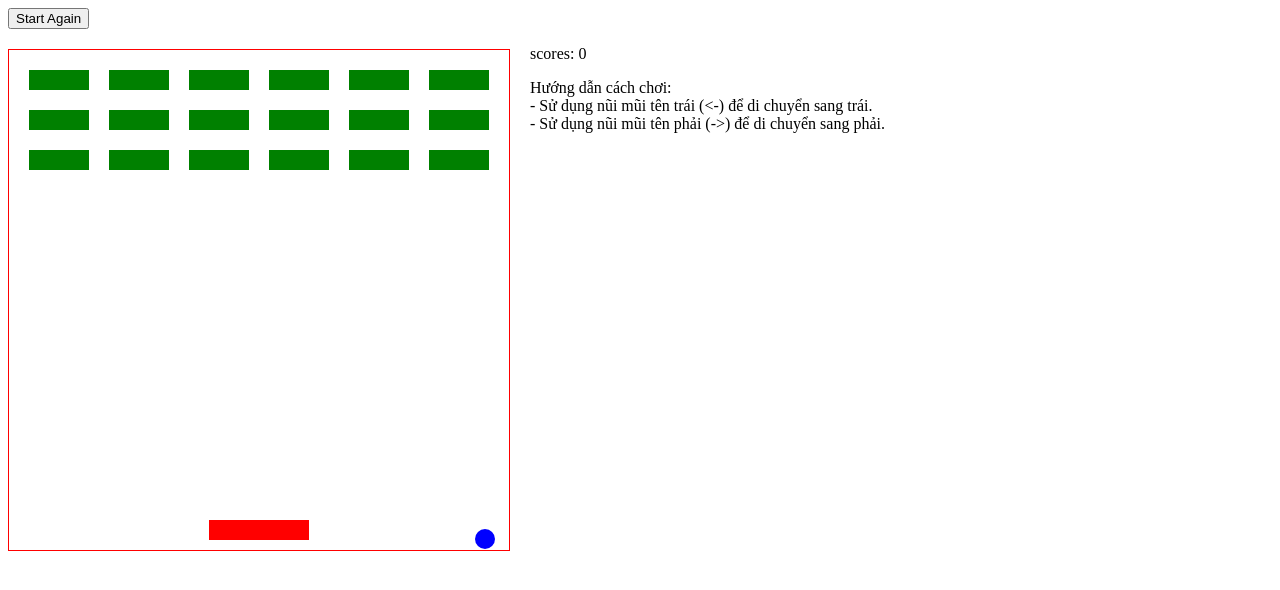
Repository: huynhsang96/CaseJS
Page: Demo_case/index.html
An editor plug-in stored every save of this project. The page is shown before and after the next save, followed by the edit.
The browser window is 1280 px wide. The pictures show the whole page.

Above is the page before, as saved 2022-02-20 14:39:29.

### Demo_case/index.html
<!DOCTYPE html>
<html lang="en">
<head>
    <meta charset="UTF-8">
    <meta http-equiv="X-UA-Compatible" content="IE=edge">
    <meta name="viewport" content="width=device-width, initial-scale=1.0">
    <title>Document</title>
    <style>
        /* *{
            font-family:  'Fira Code', 'roboto';
        } */
        canvas{
            margin-top: 20px;

        }

        .container{
            display: flex;
        }

        .container-des{
            margin-left: 20px;
        }
    </style>
</head>
<body>
    <div class="btn">
        <button class="btn-start">Start Again</button>
    </div>
    <div class="container">
        <div class="container-canvas">
            <canvas id="myCanvas" width="500" height="500" style="border:1px solid red;">
        </div>
        <div class="container-des">
            <p>scores: <span class="scores">0</span></p>
            <p>
                Hướng dẫn cách chơi:
                <br>
                - Sử dụng nũi mũi tên trái <span style="font-family: 'Fira code';">(<-)</span> để di chuyển sang trái.
                <br>
                - Sử dụng nũi mũi tên phải <span style="font-family: 'Fira code';">(->)</span> để di chuyển sang phải.
            </p>
        </div>
    </div>


    <script src="./ball.js"></script>
    <script src="./bar.js"></script>
    <script src="./brick.js"></script>
    <script src="./main.js"></script>

    <script>

    </script>
</body>
</html>

### Demo_case/ball.js
class Ball{
    constructor(x, y, radius, color){
        this.x = x;
        this.y = y;
        this.radius = radius;
        this.color = color;
        this.speedX = 2;
        this.speedY = 3;
        this.canvas = document.getElementById("myCanvas");
        this.ctx = this.canvas.getContext('2d');
        this.isGameOver = false;
    }

    draw(){
        this.ctx.beginPath();
        this.ctx.arc(this.x, this.y, this.radius, 0, Math.PI * 2);
        this.ctx.fillStyle = this.color;
        this.ctx.fill();
        this.ctx.closePath();
    }

    updateBall(){
        this.x += this.speedX;
        this.y += this.speedY;
    }

    ballColiision(){
        if(this.x + this.radius > this.canvas.width || this.x < this.radius){
            this.speedX = -this.speedX;
        }
        if(this.y < this.radius){
            this.speedY = -this.speedY
        }
    }

    checkGame(){
        if(this.y + this.radius > this.canvas.height){
            this.isGameOver = true;
        }
    }

    move(){
        this.ctx.clearRect(0,0,this.canvas.width,this.canvas.height); // xóa canvas
        this.draw();
    }
}

### Demo_case/bar.js
class Bar{
    constructor(width, height, color){
        this.width = width;
        this.height = height;
        this.x = 200;
        this.y = 470;
        this.color = color;
        this.speed = 5;
        this.isMovingLeft = false;
        this.isMovingRight = false;
        this.canvas = document.getElementById("myCanvas");
        this.ctx = this.canvas.getContext('2d');
    }

    drawBar(){
        this.ctx.beginPath();
        this.ctx.rect(this.x, this.y, this.width, this.height);
        this.ctx.fillStyle = this.color;
        this.ctx.fill();
        this.ctx.closePath();
    }


    moveBar(){
        if(this.isMovingLeft && this.x > 0){
            this.x -= this.speed;
        }
        if(this.isMovingRight && this.x < this.canvas.width - this.width){
                this.x += this.speed;
            }
        }
}

### Demo_case/brick.js
class  Brick{
    constructor(){
        this.offsetX = 20;
        this.offsetY = 20;
        this.margin = 20;
        this.width = 60;
        this.height = 20;
        this.totalRow = 3;
        this.totalColum = 6;
        this.brickList = []
        this.isEndGame = false;
        this.canvas = document.getElementById("myCanvas");
        this.ctx = this.canvas.getContext('2d');
    }


    drawBrick(){
        this.brickList.forEach(element => {
            if(!element.isbroken){
                this.ctx.beginPath();
                this.ctx.rect(
                    element.x,
                    element.y,
                    this.width,
                    this.height,
                );
                this.ctx.fillStyle = "green";
                this.ctx.fill();
                this.ctx.closePath();
            }
        })
    }

    checkEndGame(){
        this.isEndGame = this.brickList.every(element =>{
            return element.isbroken == true;
        })
    }
}

### Demo_case/main.js
let ball = new Ball(250,150,10,"blue");
let bar = new Bar(100,20,"red");
let bricks = new Brick();


// --------------------------Event Keyboard---------------------

document.addEventListener("keydown",function(e){
    if(e.keyCode === 37){
        bar.isMovingLeft = true;
    }
    if(e.keyCode === 39){
        bar.isMovingRight = true;
    }
})


document.addEventListener("keyup",function(e){
    if(e.keyCode === 37){
        bar.isMovingLeft = false;
    }
    if(e.keyCode === 39){
        bar.isMovingRight = false;
    }
})

// ----------------------------Bar----------------------------

function barCollision(){
    if(ball.x + ball.radius >= bar.x &&
        ball.y + ball.radius >= bar.y &&
        ball.x + ball.radius <= bar.x + bar.width){

        ball.speedY = -ball.speedY;
    }
}

// ----------------------------Bricks------------------------

// Tạo danh sách Bricks
for(let i = 0; i < bricks.totalColum; i++){
    for(let j = 0; j < bricks.totalRow; j++){
        bricks.brickList.push({
            x: bricks.offsetX + i * (bricks.width + bricks.margin),
            y: bricks.offsetY + j * (bricks.height + bricks.margin),
            isbroken: false,
        })
    }
}

// xử lý va chạm
let score = 0;
let scoreball = document.querySelector(".scores");
function BricksCollision(){
    bricks.brickList.forEach(function(element){
        if(!element.isbroken){
            if(ball.x >= element.x &&
                ball.x <= element.x + bricks.width &&
                ball.y + ball.radius >= element.y &&
                ball.y - ball.radius <= element.y + bricks.height){
                ball.speedY = -ball.speedY;
                element.isbroken = true;
                score += 1;
                scoreball.textContent = `${score}`;
            }
        }
    })
}

function play(){
    ball.checkGame();
    bricks.checkEndGame();

    if(!ball.isGameOver && !bricks.isEndGame){
        ball.move();
        ball.updateBall();
        ball.ballColiision();

        bar.drawBar();
        bar.moveBar();
        barCollision();

        bricks.drawBrick();
        BricksCollision();

        requestAnimationFrame(play); // Giống đệ quy
    }else{
        // alert("End Game!");
    }
}

play()

After the next save:
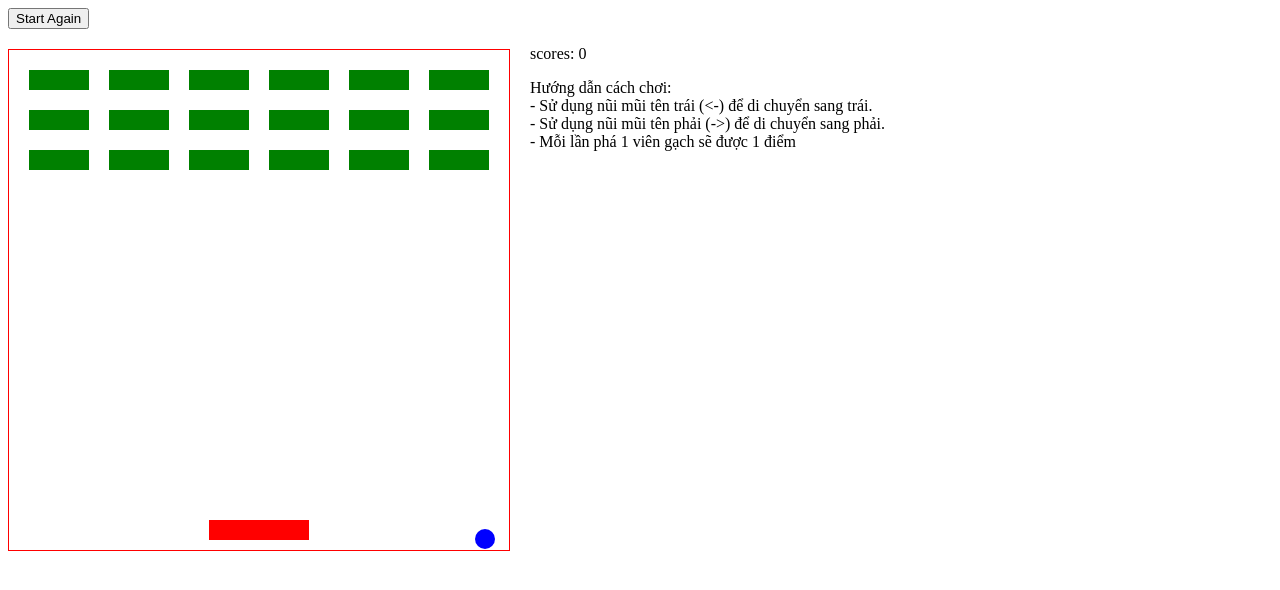
Saved 33 s later.
--- a/Demo_case/index.html
+++ b/Demo_case/index.html
@@ -39,6 +39,8 @@
                 - Sử dụng nũi mũi tên trái <span style="font-family: 'Fira code';">(<-)</span> để di chuyển sang trái.
                 <br>
                 - Sử dụng nũi mũi tên phải <span style="font-family: 'Fira code';">(->)</span> để di chuyển sang phải.
+                <br>
+                - Mỗi lần phá 1 viên gạch sẽ được 1 điểm
             </p>
         </div>
     </div>
